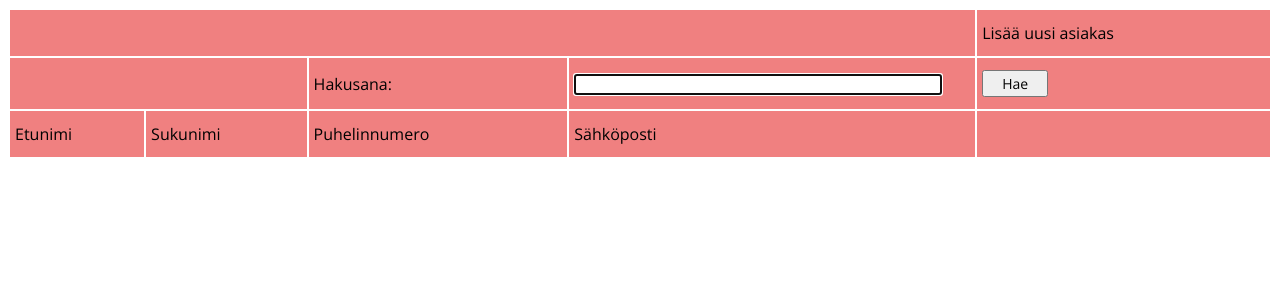
Repository: helijoas/etat7
Page: http://localhost/Asiakkaat/listaaasiakkaat.jsp
An editor plug-in stored every save of this project. The page is shown before and after the next save, followed by the edit.
The browser window is 1280 px wide. The pictures show the whole page.
The page is served by Tomcat 9.

Above is the page before, as saved 2020-05-03 17:16:22.

After the next save:
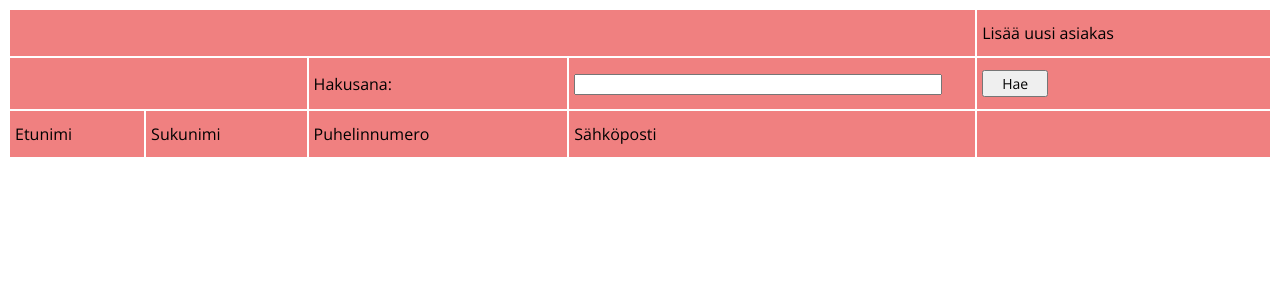
Console error: SyntaxError: Unexpected string
Saved 2 min 35 s later.
--- a/Asiakkaat/WebContent/listaaasiakkaat.jsp
+++ b/Asiakkaat/WebContent/listaaasiakkaat.jsp
@@ -71,7 +71,7 @@
 
 function poista(asiakas_id, etunimi){
 	if(confirm("Poista asiakas " + asiakas_id + "?")){
-		$.ajax({url:"asiakkaat/"+asiakas_id, type:"DELETE", dataType:"json", success:function(result){
+		$.ajax({url:"asiakkaat/"+asiakas_id", type:"DELETE", dataType:"json", success:function(result){
 			if(result.response==0){
 				$("#ilmo").html("Asiakkaan poisto epäonnistui.");
 			} else if(result.response==1){

After the save that followed:
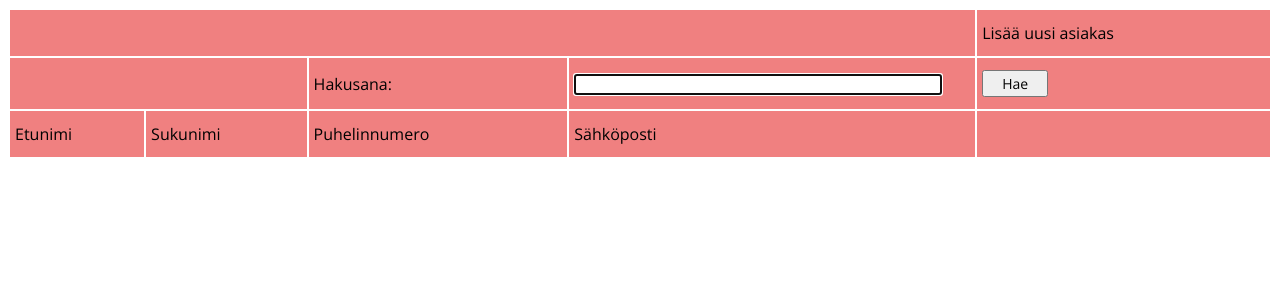
The error is gone.
Saved 5 s later.
--- a/Asiakkaat/WebContent/listaaasiakkaat.jsp
+++ b/Asiakkaat/WebContent/listaaasiakkaat.jsp
@@ -71,7 +71,7 @@
 
 function poista(asiakas_id, etunimi){
 	if(confirm("Poista asiakas " + asiakas_id + "?")){
-		$.ajax({url:"asiakkaat/"+asiakas_id", type:"DELETE", dataType:"json", success:function(result){
+		$.ajax({url:"asiakkaat/"+asiakas_id, type:"DELETE", dataType:"json", success:function(result){
 			if(result.response==0){
 				$("#ilmo").html("Asiakkaan poisto epäonnistui.");
 			} else if(result.response==1){
